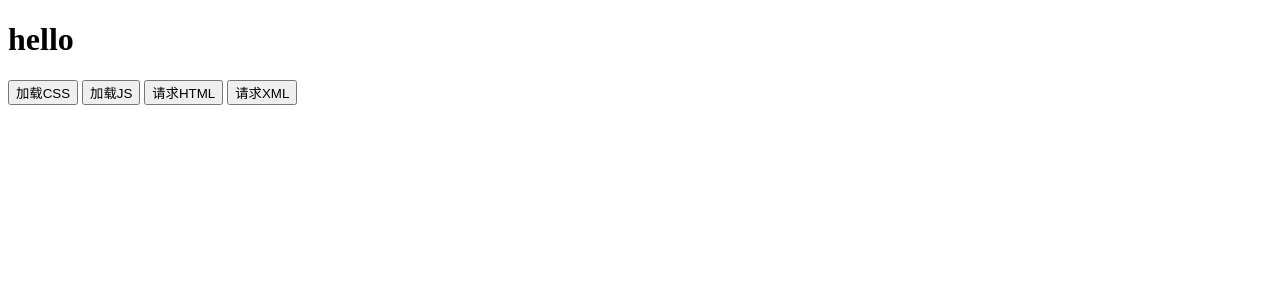
Repository: chenguocan/AJAX_1
Page: public/index.html
An editor plug-in stored every save of this project. The page is shown before and after the next save, followed by the edit.
The browser window is 1280 px wide. The pictures show the whole page.

Above is the page before, as saved 2020-08-13 17:46:24.

After the next save:
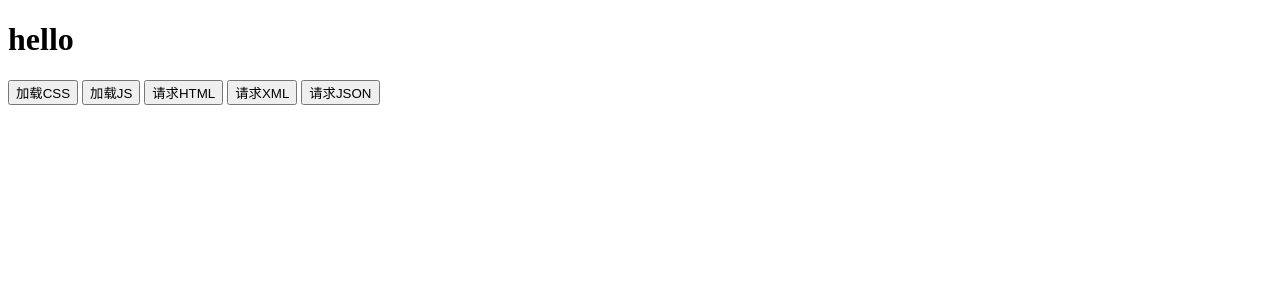
Saved 12 s later.
--- a/public/index.html
+++ b/public/index.html
@@ -14,6 +14,7 @@
     <button class="getJS">加载JS</button>
     <button class="getHTML">请求HTML</button>
     <button class="getXML">请求XML</button>
+    <button class="getJSON">请求JSON</button>
     <script src="main.js"></script>
 </body>
 
